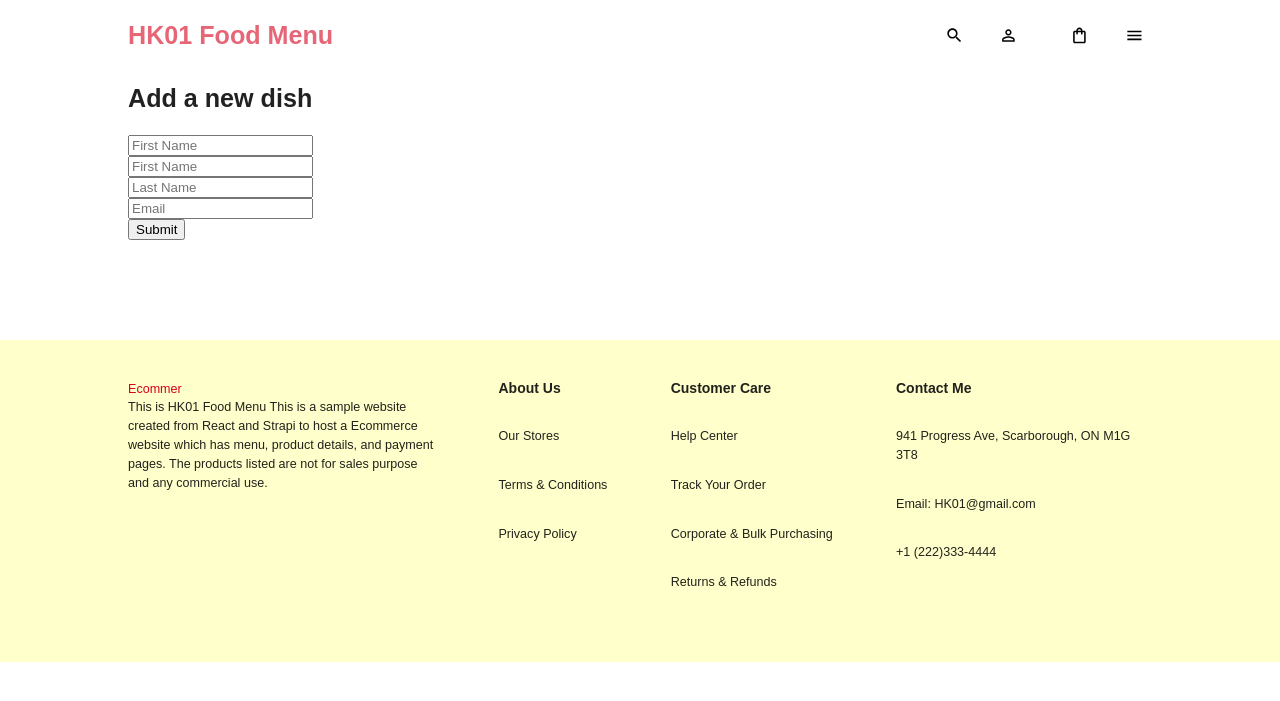
Repository: victorleung93/comp231-002-Team-1-_HK01_FoodMenu
Page: /itemform (app in client/)
These files come from the project's save history. The page is drawn as it stood at one moment and after the next save; the edit follows.
The browser window is 1280 px wide. The pictures show the whole page.
Some web fonts or font styles are not loaded; a fallback is used. The project was rebuilt for these pictures with package versions that can differ from the ones it lists, and the page was loaded fresh each time. Also part of the build but not shown: client/src/scenes/home/MainCarousel.jsx, client/src/components/itemList.jsx, client/src/scenes/home/ShoppingList.jsx, client/src/scenes/home/Subscribe.jsx, client/src/scenes/home/Home.jsx, client/src/scenes/about/About.jsx, client/src/scenes/menu/Menu.jsx, client/src/scenes/order/order.jsx and 1 more.

Above is the page before, as saved 2023-04-05 15:33:33.

After the next save:
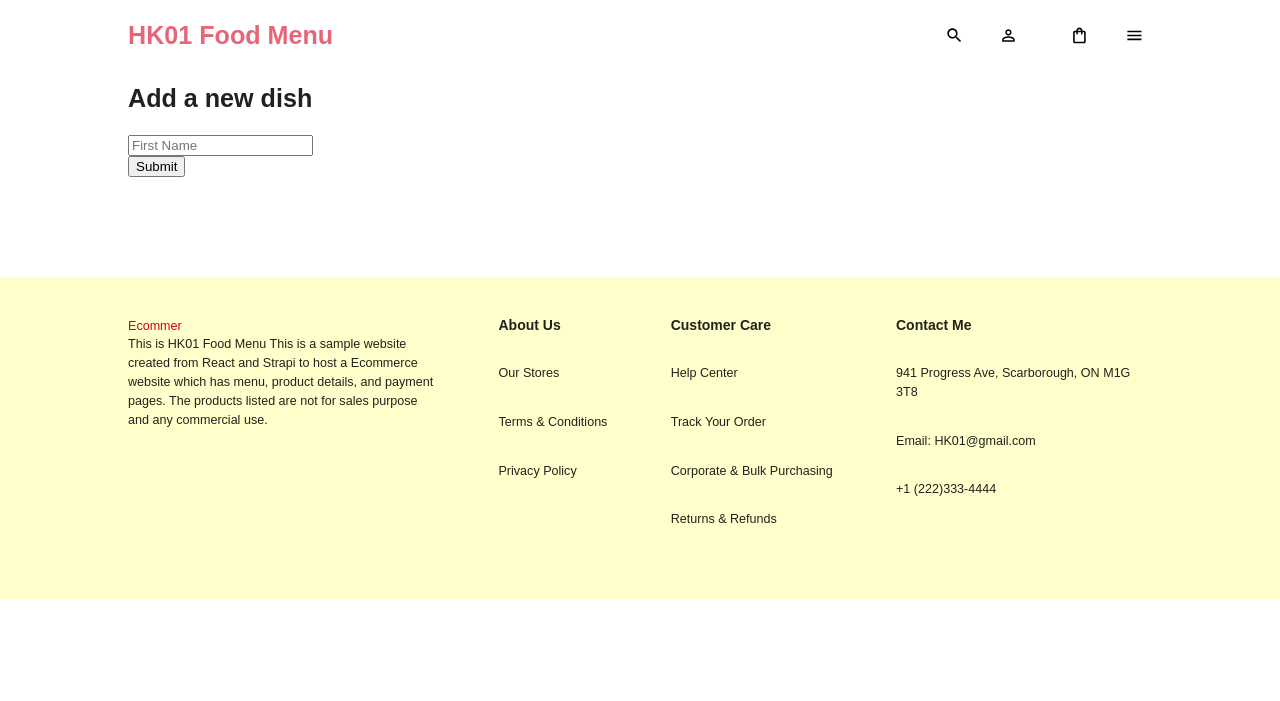
Saved 6 s later.
--- a/client/src/scenes/itemform/Itemform.jsx
+++ b/client/src/scenes/itemform/Itemform.jsx
@@ -33,7 +33,7 @@ const Itemform = () =>{
                         onChange={handleChange}
                         placeholder="First Name"
                     /><br></br>
-                    <input
+                    {/* <input
                         type="text"
                         name="firstName"
                         value={formData.firstName}
@@ -53,7 +53,7 @@ const Itemform = () =>{
                         value={formData.email}
                         onChange={handleChange}
                         placeholder="Email"
-                    /><br></br>
+                    /><br></br> */}
                     {/* Submit button */}
                     <button type="submit">Submit</button>
                 </form>
